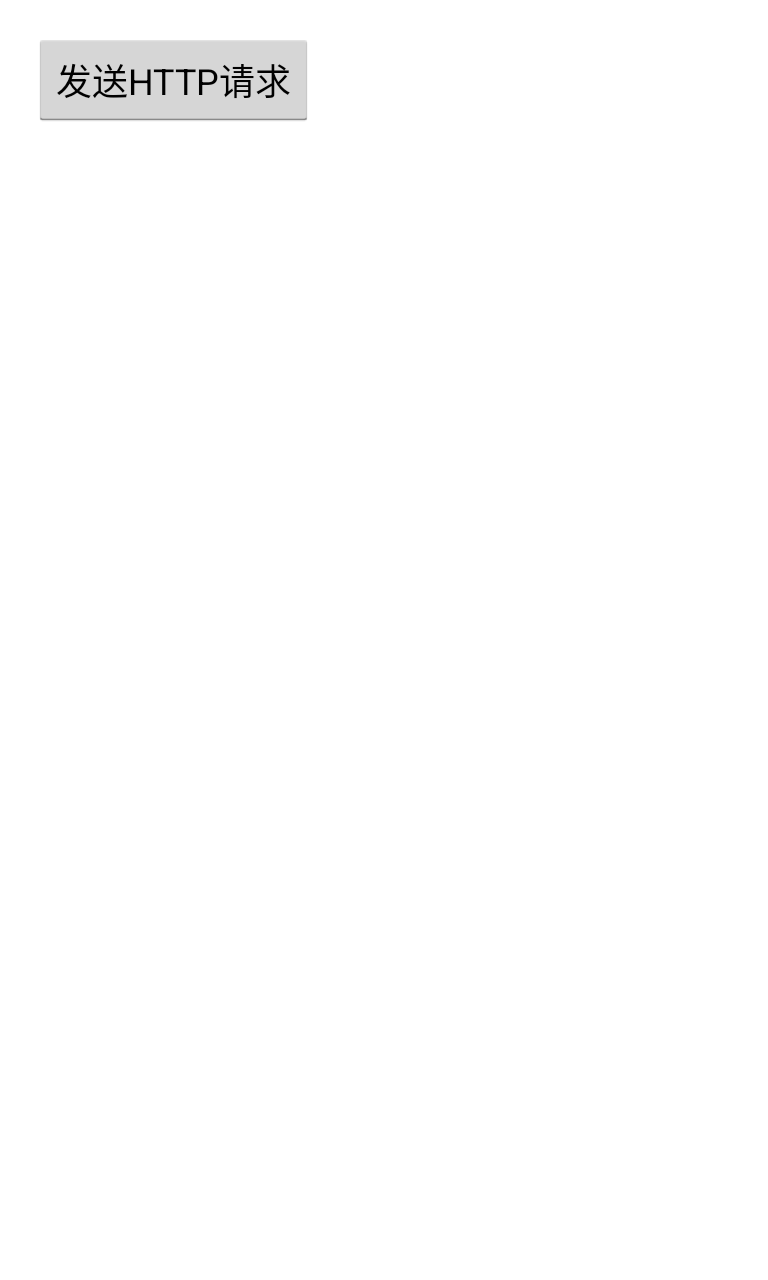
Repository: DongHuaLu/android
Layout: 19AsnycHttp/res/layout/activity_main.xml
These files come from the project's save history. The layout is drawn as it stood at one moment and after the next save; the edit follows.
It is drawn on a 768 x 1280 px phone screen (xhdpi) without system bars, with theme AppTheme; the app's code is not run.

Above is the layout before, as saved 2013-08-26 09:30:56.

After the next save:
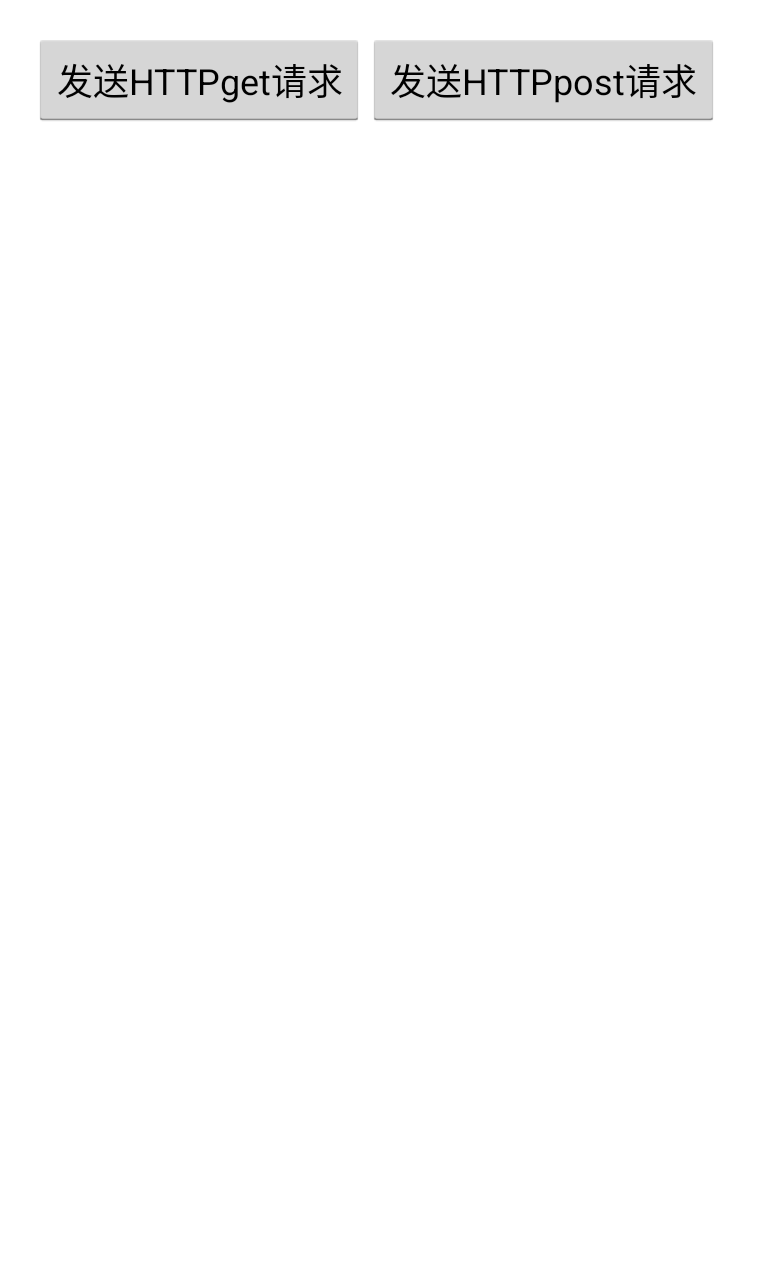
Saved 10 s later.
--- a/19AsnycHttp/res/layout/activity_main.xml
+++ b/19AsnycHttp/res/layout/activity_main.xml
@@ -1,4 +1,4 @@
-<RelativeLayout xmlns:android="http://schemas.android.com/apk/res/android"
+<LinearLayout xmlns:android="http://schemas.android.com/apk/res/android"
     xmlns:tools="http://schemas.android.com/tools"
     android:layout_width="match_parent"
     android:layout_height="match_parent"
@@ -9,9 +9,15 @@
     tools:context=".MainActivity" >
 
     <Button
-        android:id="@+id/button1"
+        android:onClick="clickGet"
         android:layout_width="wrap_content"
         android:layout_height="wrap_content"
-        android:text="发送HTTP请求" />
+        android:text="发送HTTPget请求" />
 
-</RelativeLayout>
+    <Button
+        android:onClick="clickPost"
+        android:layout_width="wrap_content"
+        android:layout_height="wrap_content"
+        android:text="发送HTTPpost请求" />
+
+</LinearLayout>
